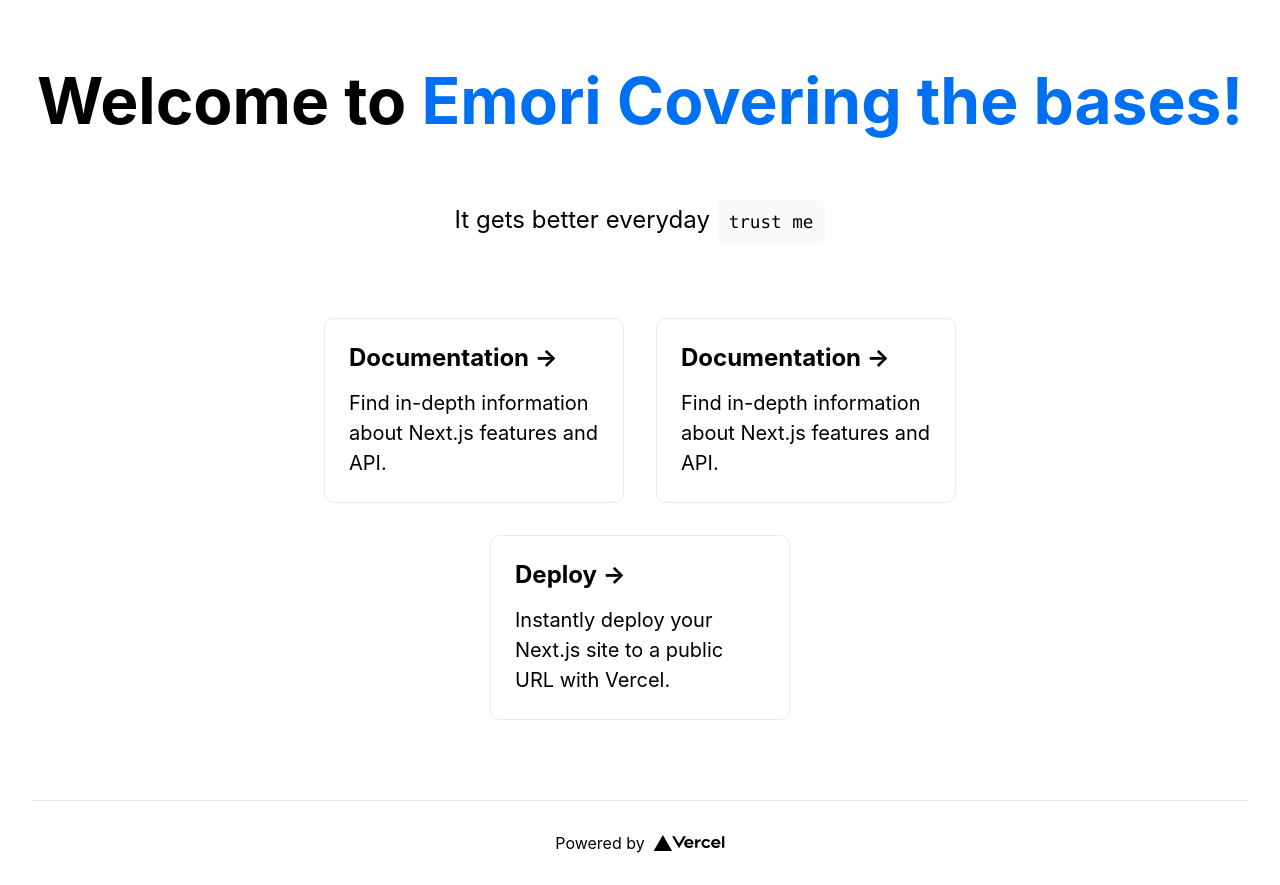
Repository: emorilebo/next-linkedin-training
Page: /
These files come from the project's save history. The page is drawn as it stood at one moment and after the next save; the edit follows.
The browser window is 1280 px wide. The pictures show the whole page.
The project was rebuilt for these pictures with package versions that can differ from the ones it lists, and the page was loaded fresh each time. The framework's server and built-in components were replaced by stand-ins that run in the browser. Also part of the build but not shown: next.config.js.

Above is the page before, as saved 2022-12-25 17:59:12.

After the next save:
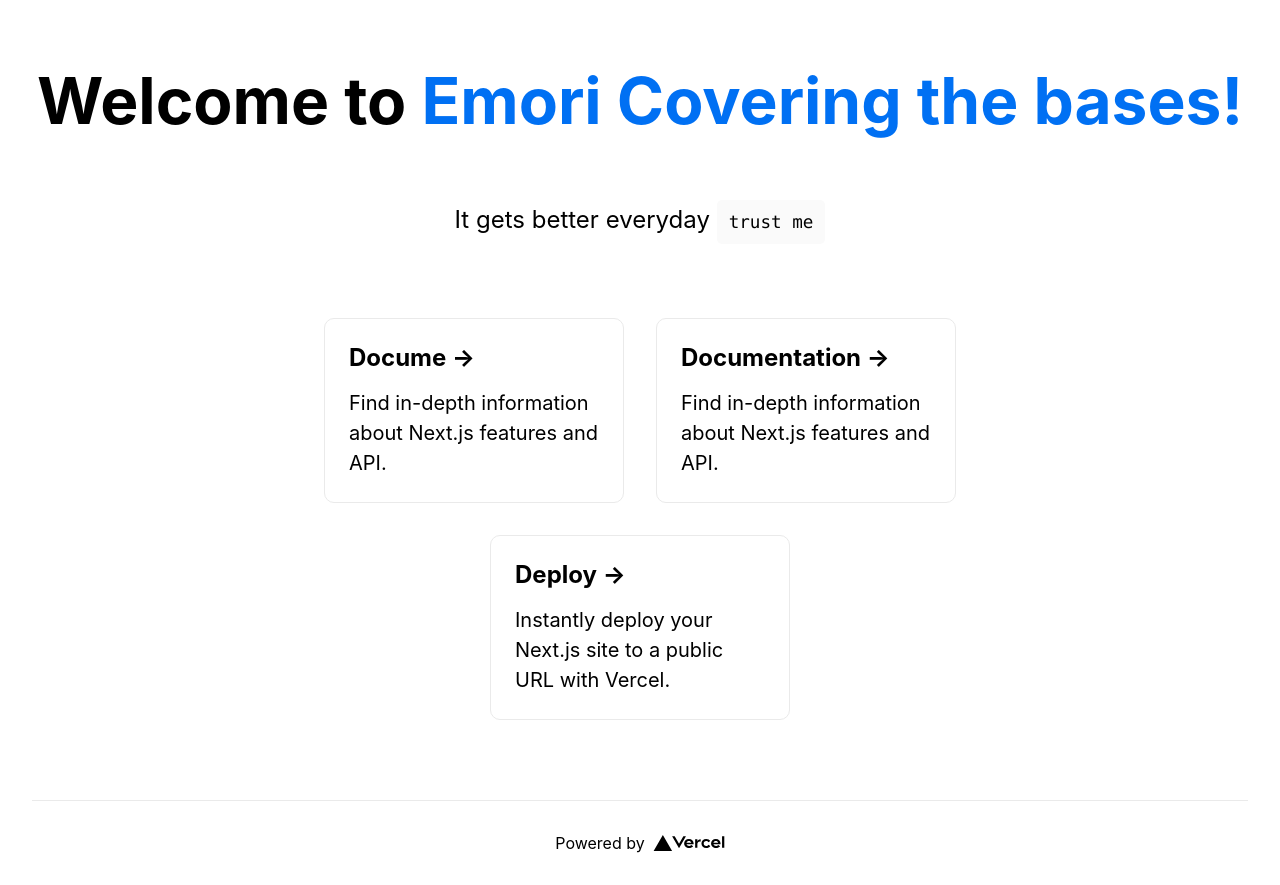
Saved 10 s later.
--- a/pages/index.js
+++ b/pages/index.js
@@ -26,7 +26,7 @@
 
         <div className={styles.grid}>
           <Link href="/learn/next" className={styles.card}>
-            <h2>Documentation &rarr;</h2>
+            <h2>Docume &rarr;</h2>
             <p>Find in-depth information about Next.js features and API.</p>
           </Link>
           <Link href="/learn/next" className={styles.card}>
